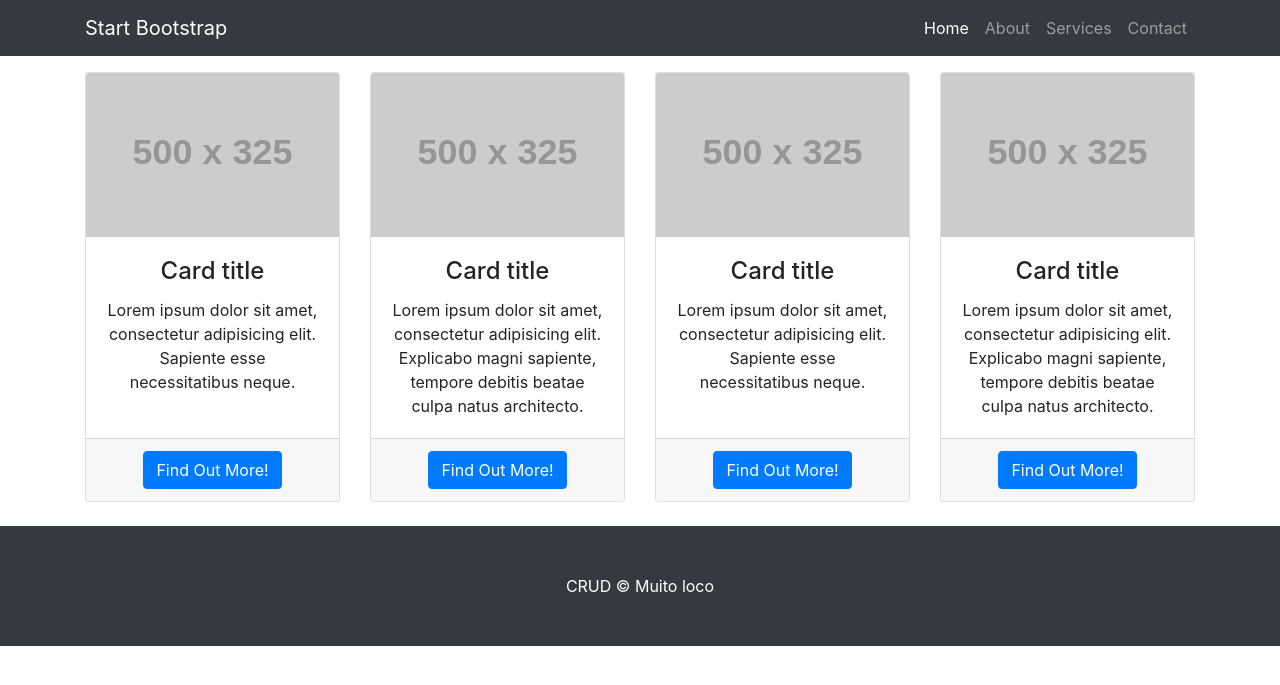
Repository: LucasMontalvao/PHPDACS2020
Page: projeto/site/index.html
The author's editor kept a record of every edit. The page is drawn from the files as they stood at one moment, then again after the next edit.
The browser window is 1280 px wide. The pictures show the whole page.

Above is the page before.

### projeto/site/index.html
<!DOCTYPE html>
<html lang="en">

<head>

  <meta charset="utf-8">
  <meta name="viewport" content="width=device-width, initial-scale=1, shrink-to-fit=no">
  <meta name="description" content="">
  <meta name="author" content="">

  <title>Heroic Features - Start Bootstrap Template</title>

  <!-- Bootstrap core CSS -->
  <link href="vendor/bootstrap/css/bootstrap.min.css" rel="stylesheet">

  <!-- Custom styles for this template -->
  <link href="css/heroic-features.css" rel="stylesheet">

</head>

<body>

  <!-- Navigation -->
  <nav class="navbar navbar-expand-lg navbar-dark bg-dark fixed-top">
    <div class="container">
      <a class="navbar-brand" href="#">Start Bootstrap</a>
      <button class="navbar-toggler" type="button" data-toggle="collapse" data-target="#navbarResponsive" aria-controls="navbarResponsive" aria-expanded="false" aria-label="Toggle navigation">
        <span class="navbar-toggler-icon"></span>
      </button>
      <div class="collapse navbar-collapse" id="navbarResponsive">
        <ul class="navbar-nav ml-auto">
          <li class="nav-item active">
            <a class="nav-link" href="#">Home
              <span class="sr-only">(current)</span>
            </a>
          </li>
          <li class="nav-item">
            <a class="nav-link" href="#">About</a>
          </li>
          <li class="nav-item">
            <a class="nav-link" href="#">Services</a>
          </li>
          <li class="nav-item">
            <a class="nav-link" href="#">Contact</a>
          </li>
        </ul>
      </div>
    </div>
  </nav>

  <!-- Page Content -->
  <div class="container">
  <p></p>
    <!-- Page Features -->
    <div class="row text-center">

      <div class="col-lg-3 col-md-6 mb-4">
        <div class="card h-100">
          <img class="card-img-top" src="http://placehold.it/500x325" alt="">
          <div class="card-body">
            <h4 class="card-title">Card title</h4>
            <p class="card-text">Lorem ipsum dolor sit amet, consectetur adipisicing elit. Sapiente esse necessitatibus neque.</p>
          </div>
          <div class="card-footer">
            <a href="#" class="btn btn-primary">Find Out More!</a>
          </div>
        </div>
      </div>

      <div class="col-lg-3 col-md-6 mb-4">
        <div class="card h-100">
          <img class="card-img-top" src="http://placehold.it/500x325" alt="">
          <div class="card-body">
            <h4 class="card-title">Card title</h4>
            <p class="card-text">Lorem ipsum dolor sit amet, consectetur adipisicing elit. Explicabo magni sapiente, tempore debitis beatae culpa natus architecto.</p>
          </div>
          <div class="card-footer">
            <a href="#" class="btn btn-primary">Find Out More!</a>
          </div>
        </div>
      </div>

      <div class="col-lg-3 col-md-6 mb-4">
        <div class="card h-100">
          <img class="card-img-top" src="http://placehold.it/500x325" alt="">
          <div class="card-body">
            <h4 class="card-title">Card title</h4>
            <p class="card-text">Lorem ipsum dolor sit amet, consectetur adipisicing elit. Sapiente esse necessitatibus neque.</p>
          </div>
          <div class="card-footer">
            <a href="#" class="btn btn-primary">Find Out More!</a>
          </div>
        </div>
      </div>

      <div class="col-lg-3 col-md-6 mb-4">
        <div class="card h-100">
          <img class="card-img-top" src="http://placehold.it/500x325" alt="">
          <div class="card-body">
            <h4 class="card-title">Card title</h4>
            <p class="card-text">Lorem ipsum dolor sit amet, consectetur adipisicing elit. Explicabo magni sapiente, tempore debitis beatae culpa natus architecto.</p>
          </div>
          <div class="card-footer">
            <a href="#" class="btn btn-primary">Find Out More!</a>
          </div>
        </div>
      </div>

    </div>
    <!-- /.row -->

  </div>
  <!-- /.container -->

  <!-- Footer -->
  <footer class="py-5 bg-dark">
    <div class="container">
      <p class="m-0 text-center text-white">CRUD &copy; Muito loco</p>
    </div>
    <!-- /.container -->
  </footer>

  <!-- Bootstrap core JavaScript -->
  <script src="vendor/jquery/jquery.min.js"></script>
  <script src="vendor/bootstrap/js/bootstrap.bundle.min.js"></script>

</body>

</html>

### projeto/site/css/heroic-features.css
/*!
 * Start Bootstrap - Heroic Features (https://startbootstrap.com/template-overviews/heroic-features)
 * Copyright 2013-2019 Start Bootstrap
 * Licensed under MIT (https://github.com/BlackrockDigital/startbootstrap-heroic-features/blob/master/LICENSE)
 */
body {
  padding-top: 56px;
}
.myButton {
	box-shadow:inset 0px 1px 3px 0px #141414;
	background:linear-gradient(to bottom, #ffffff 5%, #000000 100%);
	background-color:#ffffff;
	border-radius:5px;
	border:1px solid #000000;
	display:inline-block;
	cursor:pointer;
	color:#ffffff;
	font-family:Arial;
	font-size:15px;
	font-weight:bold;
	padding:11px 23px;
	text-decoration:none;
	text-shadow:0px -1px 0px #46615d;
}
.myButton:hover {
	background:linear-gradient(to bottom, #000000 5%, #ffffff 100%);
	background-color:#000000;
	text-decoration:none;
}
.myButton:active {
	position:relative;
	top:1px;
}

Loaded but not shown: projeto/site/vendor/bootstrap/css/bootstrap.min.css (library); projeto/site/vendor/jquery/jquery.min.js (library); projeto/site/vendor/bootstrap/js/bootstrap.bundle.min.js (library)

After the next edit:
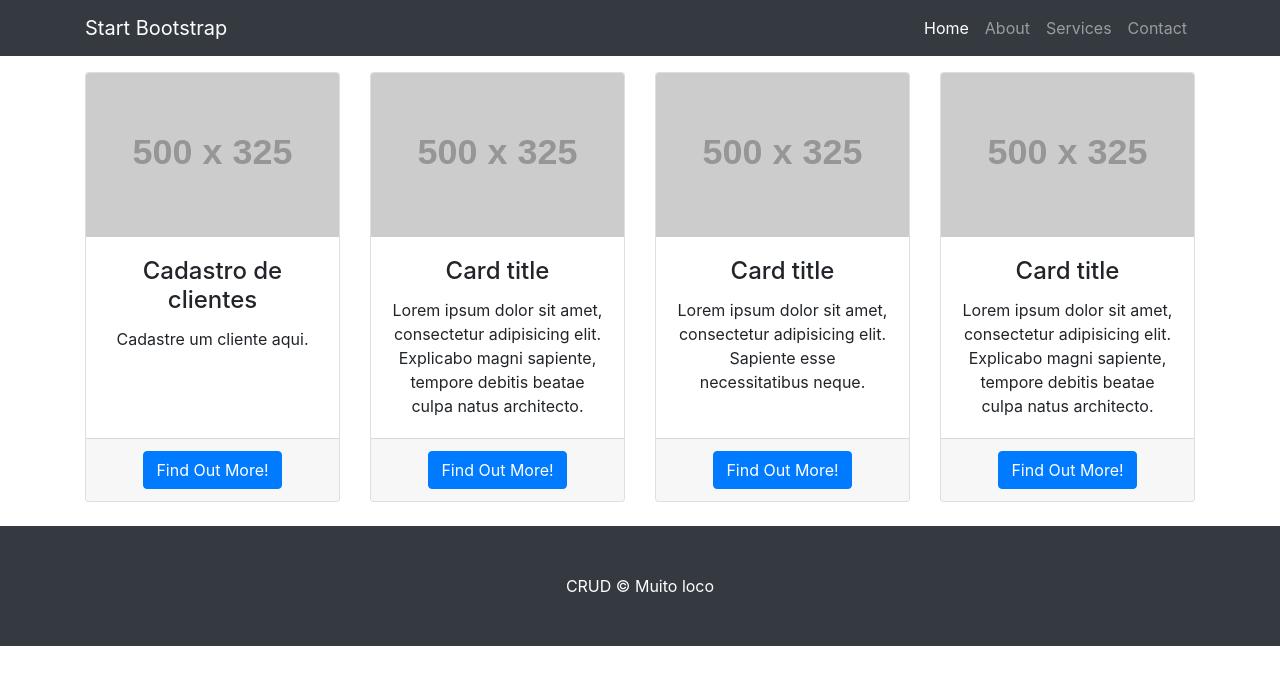
The edit:
--- a/projeto/site/index.html
+++ b/projeto/site/index.html
@@ -58,8 +58,8 @@
         <div class="card h-100">
           <img class="card-img-top" src="http://placehold.it/500x325" alt="">
           <div class="card-body">
-            <h4 class="card-title">Card title</h4>
-            <p class="card-text">Lorem ipsum dolor sit amet, consectetur adipisicing elit. Sapiente esse necessitatibus neque.</p>
+            <h4 class="card-title">Cadastro de clientes</h4>
+            <p class="card-text">Cadastre um cliente aqui.</p>
           </div>
           <div class="card-footer">
             <a href="#" class="btn btn-primary">Find Out More!</a>
